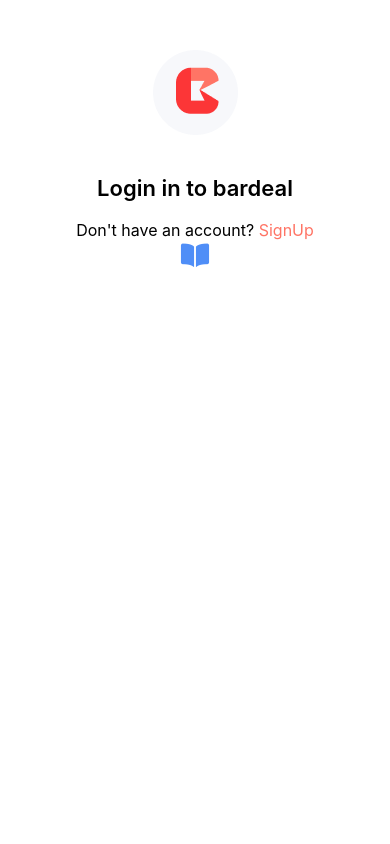
Repository: krunallogisticinfotech/bardealapp-clone
Screen: /
These files come from the project's save history. The screen is drawn as it stood at one moment and after a run of saves; the edit follows.
The app was drawn by React Native's web renderer in a window 390 px wide. The project was rebuilt for these pictures with package versions that can differ from the ones it lists, and the page was loaded fresh each time.

Above is the screen before, as saved 2021-10-21 18:32:17.

After the next 2 saves:
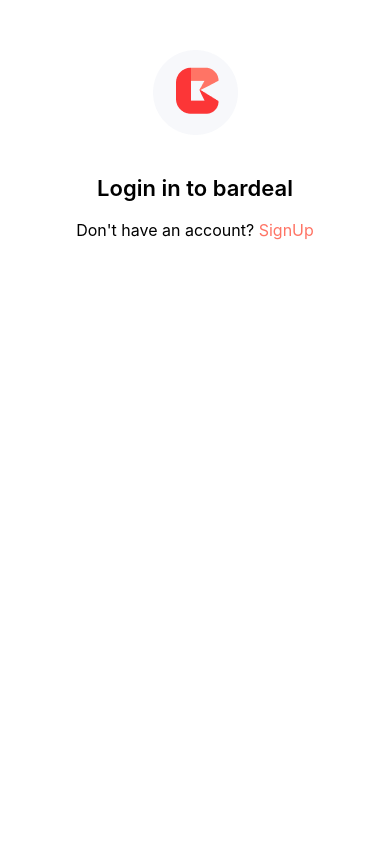
The 2 saves are shown as one change because they came seconds apart.
The last was saved 8 s later.
--- a/screens/Loginscreen.js
+++ b/screens/Loginscreen.js
@@ -1,7 +1,7 @@
 import React from 'react';
 import {Text, View, SafeAreaView, Image, StyleSheet} from 'react-native';
 import Logo from '../assets/Logo.png';
-import Icon from 'react-native-vector-icons/Ionicons';
+
 
 const Loginscreen = () => {
   return (
@@ -17,7 +17,7 @@
           </Text>
         </Text>
         <View style={styles.socialIconContainer}>
-          <Icon name="ios-book" color="#4F8EF7" size={30} style={styles.iosIcon}/>
+
         </View>
       </View>
     </SafeAreaView>

After the 2 saves that followed:
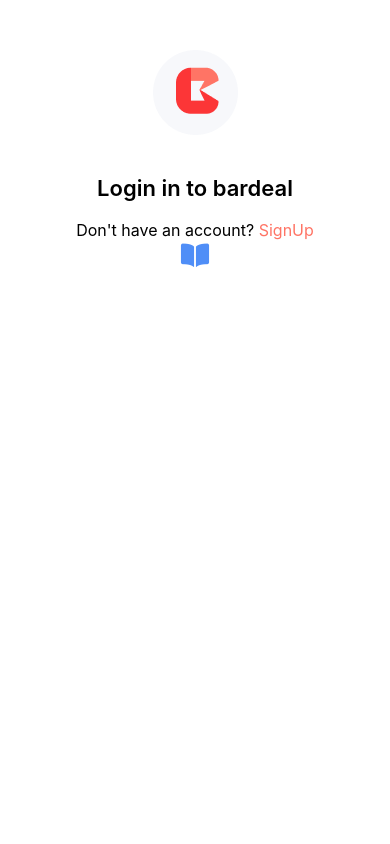
The 2 saves are shown as one change because they came seconds apart.
The last was saved 3 min 15 s later.
--- a/screens/Loginscreen.js
+++ b/screens/Loginscreen.js
@@ -1,7 +1,7 @@
 import React from 'react';
 import {Text, View, SafeAreaView, Image, StyleSheet} from 'react-native';
 import Logo from '../assets/Logo.png';
-
+import Icon from 'react-native-vector-icons/Ionicons';
 
 const Loginscreen = () => {
   return (
@@ -17,7 +17,7 @@
           </Text>
         </Text>
         <View style={styles.socialIconContainer}>
-
+          <Icon name="ios-book" color="#4F8EF7" size={30} style={styles.iosIcon}/>
         </View>
       </View>
     </SafeAreaView>
